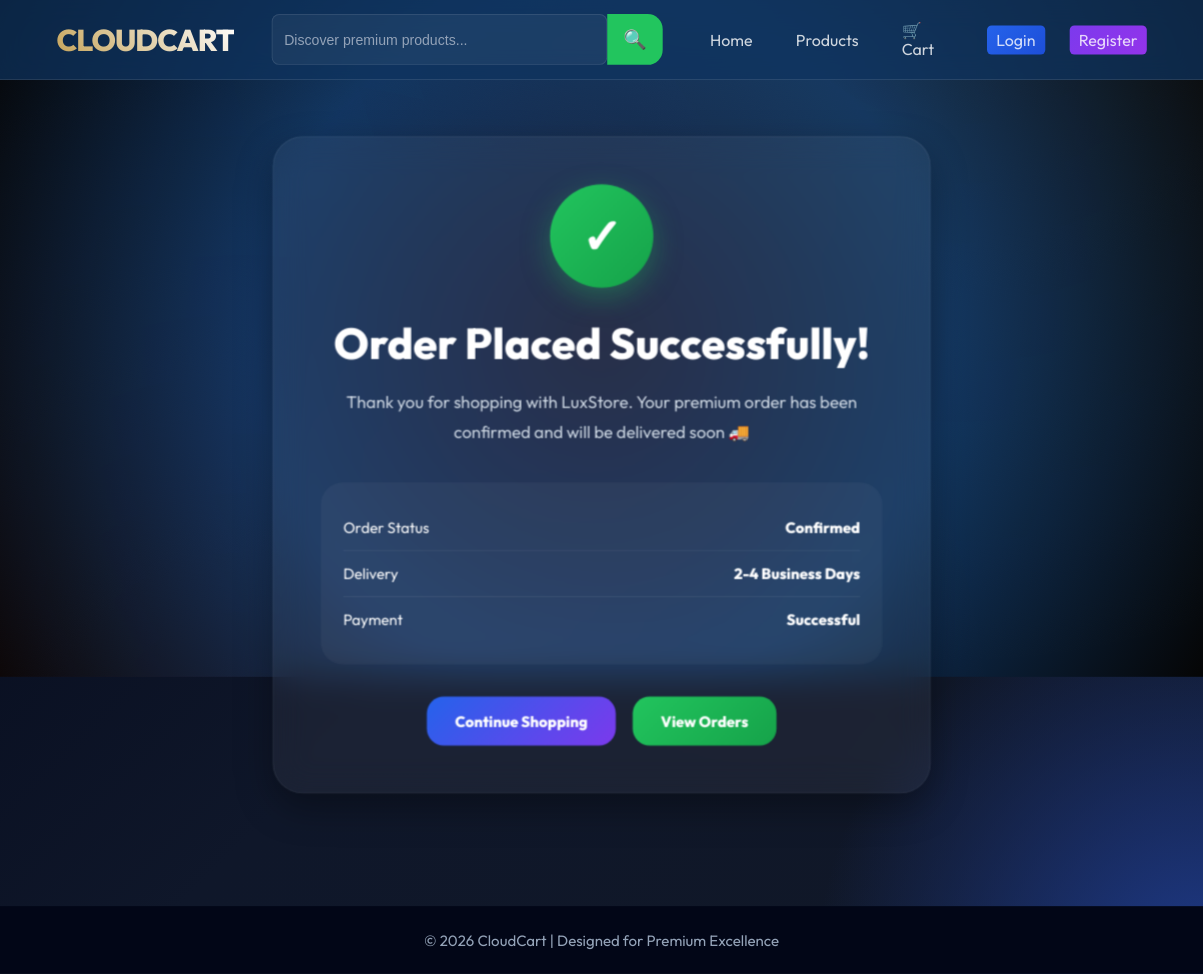
Repository: pradeepkumarh-17/Ecommerce
Page: http://localhost/EcomStore/order-success
The author's editor kept a copy of each file at every save. The page is drawn from the files as they stood at one save, then again after the next save.
The browser window is 1280 px wide. The pictures show the whole page, at 94% of full size.
Some web libraries are served in a nearby version. The page is served by Tomcat 10.

Above is the page before, as saved 2026-05-08 17:38:19.

After the next save:
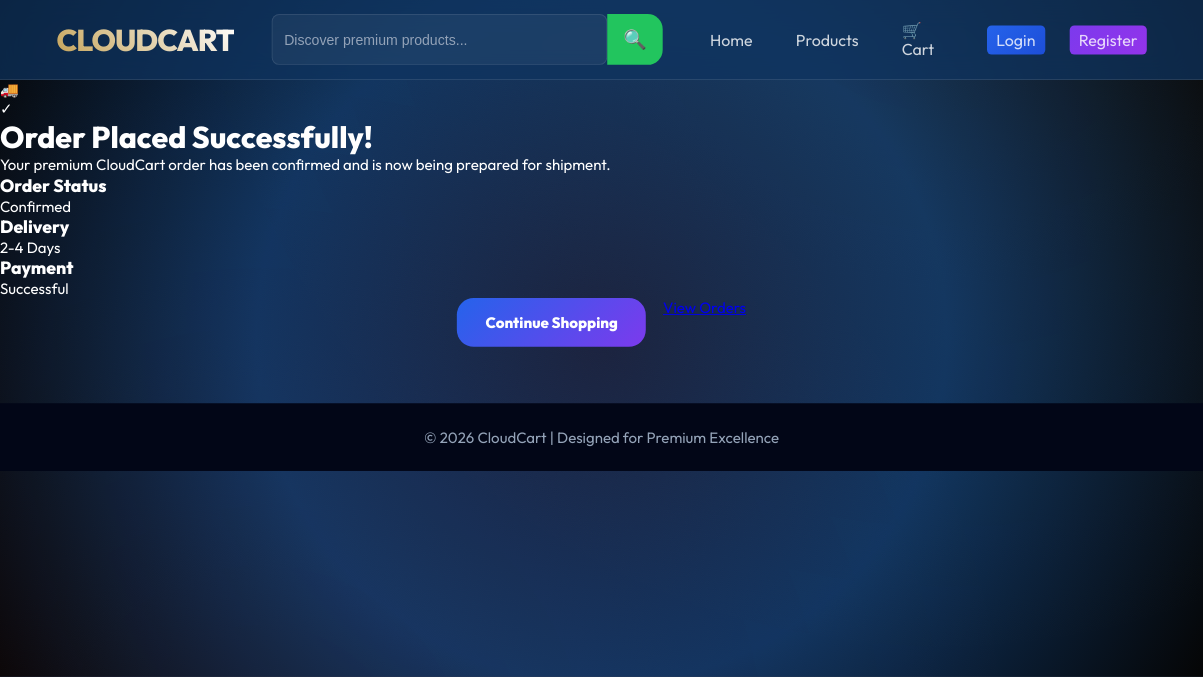
Saved 49 s later.
--- a/EcomStore/src/main/webapp/views/order/success.jsp
+++ b/EcomStore/src/main/webapp/views/order/success.jsp
@@ -5,13 +5,42 @@
 <link rel="stylesheet"
 href="<%= request.getContextPath() %>/assets/css/checkout.css">
 
-<div class="success-page">
+<div class="success-wrapper">
 
-    <div class="success-card">
+    <!-- FLOATING GLOW -->
+    <div class="glow glow1"></div>
+    <div class="glow glow2"></div>
+
+    <!-- PARTICLES -->
+    <div class="particles">
+        <span></span>
+        <span></span>
+        <span></span>
+        <span></span>
+        <span></span>
+    </div>
+
+    <!-- MAIN CARD -->
+
+    <div class="success-card-3d">
+
+        <!-- DELIVERY ANIMATION -->
+
+        <div class="delivery-animation">
+
+            <div class="road"></div>
+
+            <div class="truck">
+
+                🚚
+
+            </div>
+
+        </div>
 
         <!-- SUCCESS ICON -->
 
-        <div class="success-icon">
+        <div class="success-check">
 
             ✓
 
@@ -29,61 +58,60 @@ href="<%= request.getContextPath() %>/assets/css/checkout.css">
 
         <p>
 
-            Thank you for shopping with LuxStore.
-            Your premium order has been confirmed
-            and will be delivered soon 🚚
+            Your premium CloudCart order has been confirmed
+            and is now being prepared for shipment.
 
         </p>
 
-        <!-- ORDER INFO -->
+        <!-- STATUS -->
 
-        <div class="success-info">
+        <div class="status-container">
 
-            <div class="success-row">
+            <div class="status-box">
+
+                <h3>
+
+                    Order Status
+
+                </h3>
 
                 <span>
 
-                    Order Status
+                    Confirmed
 
                 </span>
 
-                <strong>
+            </div>
 
-                    Confirmed
+            <div class="status-box">
 
-                </strong>
+                <h3>
+
+                    Delivery
+
+                </h3>
+
+                <span>
+
+                    2-4 Days
+
+                </span>
 
             </div>
 
-            <div class="success-row">
+            <div class="status-box">
+
+                <h3>
+
+                    Payment
+
+                </h3>
 
                 <span>
 
-                    Delivery
+                    Successful
 
                 </span>
-
-                <strong>
-
-                    2-4 Business Days
-
-                </strong>
-
-            </div>
-
-            <div class="success-row">
-
-                <span>
-
-                    Payment
-
-                </span>
-
-                <strong>
-
-                    Successful
-
-                </strong>
 
             </div>
 
@@ -101,7 +129,7 @@ href="<%= request.getContextPath() %>/assets/css/checkout.css">
             </a>
 
             <a href="<%= request.getContextPath() %>/orders"
-               class="track-btn">
+               class="orders-btn">
 
                 View Orders
 
